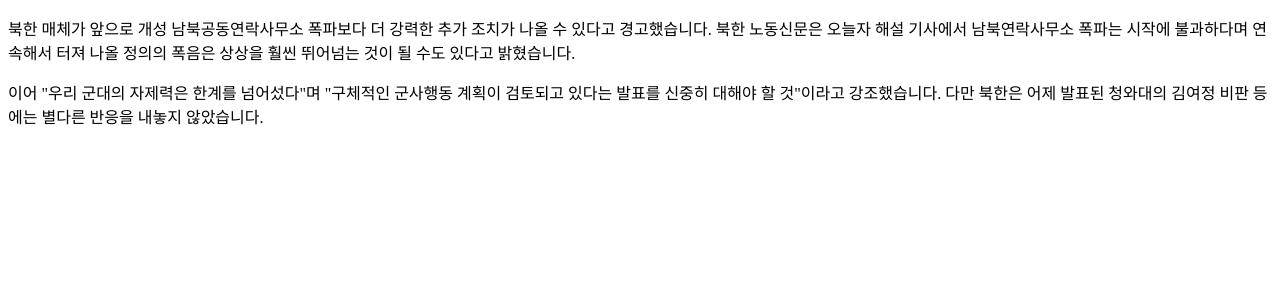
Repository: JeongWoo-Jang/Edu-Backup
Page: 5. HTML & CSS & JS/ClientTest/WebContent/ex06_p.html
An editor plug-in stored every save of this project. The page is shown before and after the next save, followed by the edit.
The browser window is 1280 px wide. The pictures show the whole page.

Above is the page before, as saved 2020-06-18 08:16:56.

After the next save:
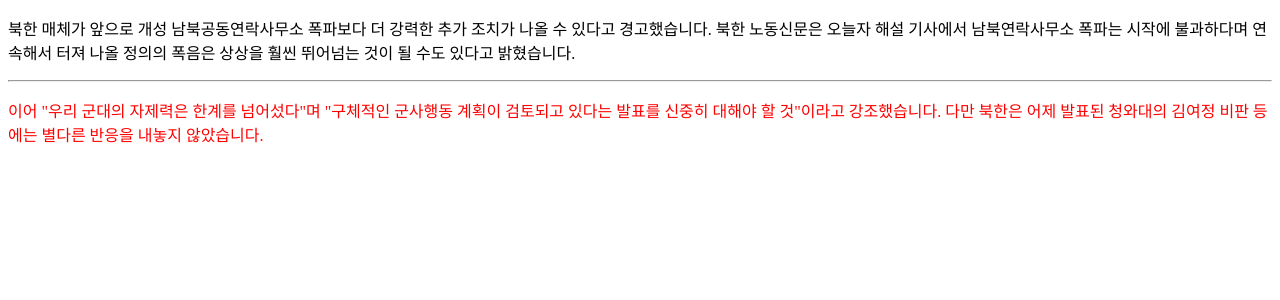
Saved 38 s later.
--- a/5. HTML & CSS & JS/ClientTest/WebContent/ex06_p.html
+++ b/5. HTML & CSS & JS/ClientTest/WebContent/ex06_p.html
@@ -18,7 +18,9 @@
 
 북한 노동신문은 오늘자 해설 기사에서 남북연락사무소 폭파는 시작에 불과하다며 연속해서 터져 나올 정의의 폭음은 상상을 훨씬 뛰어넘는 것이 될 수도 있다고 밝혔습니다.</p>
 
-<p>이어 "우리 군대의 자제력은 한계를 넘어섰다"며 "구체적인 군사행동 계획이 검토되고 있다는 발표를 신중히 대해야 할 것"이라고 강조했습니다.
+<hr>
+
+<p style="color:red;">이어 "우리 군대의 자제력은 한계를 넘어섰다"며 "구체적인 군사행동 계획이 검토되고 있다는 발표를 신중히 대해야 할 것"이라고 강조했습니다.
 
 다만 북한은 어제 발표된 청와대의 김여정 비판 등에는 별다른 반응을 내놓지 않았습니다.</p>
 
